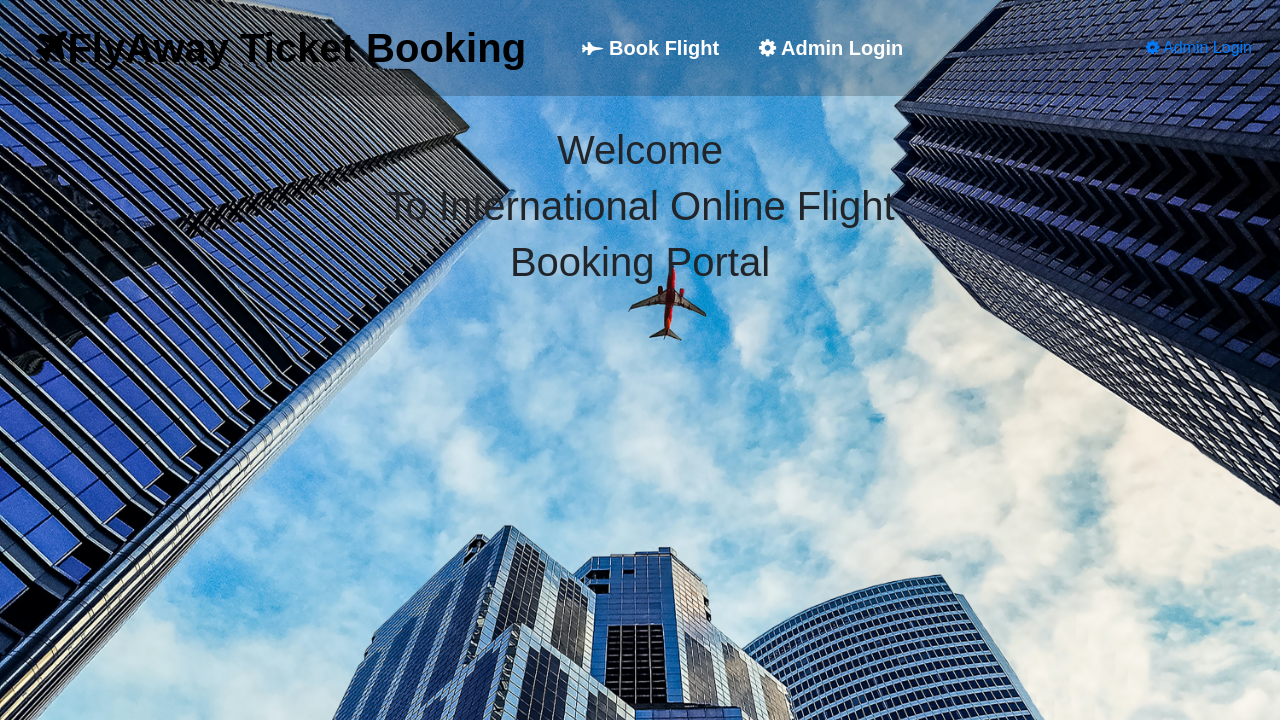
Repository: sayrabano/Phase2-project
Page: http://localhost/FlyAway/Home.jsp
An editor plug-in stored every save of this project. The page is shown before and after the next save, followed by the edit.
The browser window is 1280 px wide. The pictures show the whole page.
Some web fonts or font styles are not loaded; a fallback is used. The page is served by Tomcat 9. Other server files are loaded and not shown.

Above is the page before, as saved 2021-09-25 20:21:11.

### FlyAway/src/main/webapp/Home.jsp
<!doctype html>
<html lang="en">
<head>

<title>Welcome to FlyAway</title>

<link rel="stylesheet" href="https://cdnjs.cloudflare.com/ajax/libs/font-awesome/4.7.0/css/font-awesome.min.css">
<!-- Required meta tags -->
<meta charset="utf-8">
<meta name="viewport"
	content="width=device-width, initial-scale=1, shrink-to-fit=no">

<!-- Bootstrap CSS -->
<link rel="stylesheet"
	href="https://maxcdn.bootstrapcdn.com/bootstrap/4.0.0/css/bootstrap.min.css"
	integrity="sha384-Gn5384xqQ1aoWXA+058RXPxPg6fy4IWvTNh0E263XmFcJlSAwiGgFAW/dAiS6JXm"
	crossorigin="anonymous">
<link rel="stylesheet"
	href="https://cdnjs.cloudflare.com/ajax/libs/font-awesome/4.7.0/css/font-awesome.min.css">
	<link rel="preconnect" href="https://fonts.googleapis.com">
<link rel="preconnect" href="https://fonts.gstatic.com" crossorigin>
<link rel="preconnect" href="https://fonts.googleapis.com">
<link rel="preconnect" href="https://fonts.gstatic.com" crossorigin>
<link href="https://fonts.googleapis.com/css2?family=Ubuntu:ital,wght@1,700&display=swap" rel="stylesheet">
<link rel="stylesheet" href="CSS/style1.css" />


</head>
<body>







	<nav class="navbar navbar-expand-lg navbar-light bg-custom" id="navbar">





		<a class="navbar-brand" id="tag"><i class="fa fa-plane" aria-hidden="true"></i>FlyAway Ticket Booking</a>


		<div class="collapse navbar-collapse" id="navbarSupportedContent">
			<ul class="navbar-nav mr-auto">

				<li class="nav-item"><a class="nav-link" href="option-flightsearch.jsp"><i
						class="fa fa-fighter-jet"></i> Book Flight
				</a></li>
				<li class="nav-item"><a href="Login.jsp" class="nav-link"><i
						class="fa fa-gear"></i> Admin Login</a></li>




			</ul>
			<div id="gear">
				<a href="Login.jsp" class="link"><i class="fa fa-gear"></i>
					Admin Login</a>
			</div>



		</div>

	</nav>






	<script src="https://code.jquery.com/jquery-3.5.1.slim.min.js"
		integrity="sha384-DfXdz2htPH0lsSSs5nCTpuj/zy4C+OGpamoFVy38MVBnE+IbbVYUew+OrCXaRkfj"
		crossorigin="anonymous"></script>
	<script
		src="https://cdn.jsdelivr.net/npm/bootstrap@4.6.0/dist/js/bootstrap.bundle.min.js"
		integrity="sha384-Piv4xVNRyMGpqkS2by6br4gNJ7DXjqk09RmUpJ8jgGtD7zP9yug3goQfGII0yAns"
		crossorigin="anonymous"></script>


	<section class="sec"></section>
	<div class="h1">
	<h1 >Welcome</h1>
	<h1>To International Online Flight  </h1>
	<h1>Booking Portal</h1>

	</div>
</body>
</html>

### FlyAway/src/main/webapp/CSS/style1.css
@charset "ISO-8859-1";
body{
	background:url("../Images/irving-martinez-ScTcKdhInUE-unsplash.jpg");
	background-size:cover;
	padding:0px;
	margin:0px;
}


.fa-fa plane{
	color:white;
}


#navbar{
background-color:rgba(0,0,0,.2) ;
font-family:'Ubuntu', sans-serif;
}


#navbar ul li a{
	color:white;

	font-size:20px;
	font-weight:bold;
	padding:15px 20px;

}
#navbar ul li a:hover{
	color:black;
	background-color:white;
	border-radius:18px;


}


#tag{
	font-size:2.5rem;
 color:black;
 font-weight:bold;


	float:right;
	padding: 10px 20px;

}
#gear{
	margin:2px;
	padding:10px;



}
#gear a:hover{



	background-color:white;


}



.span{
	font-size:5rem;
}




.h1{
	text-align:center;
	font-family:'Ubuntu', sans-serif;


	margin-top:30px;


}

After the next save:
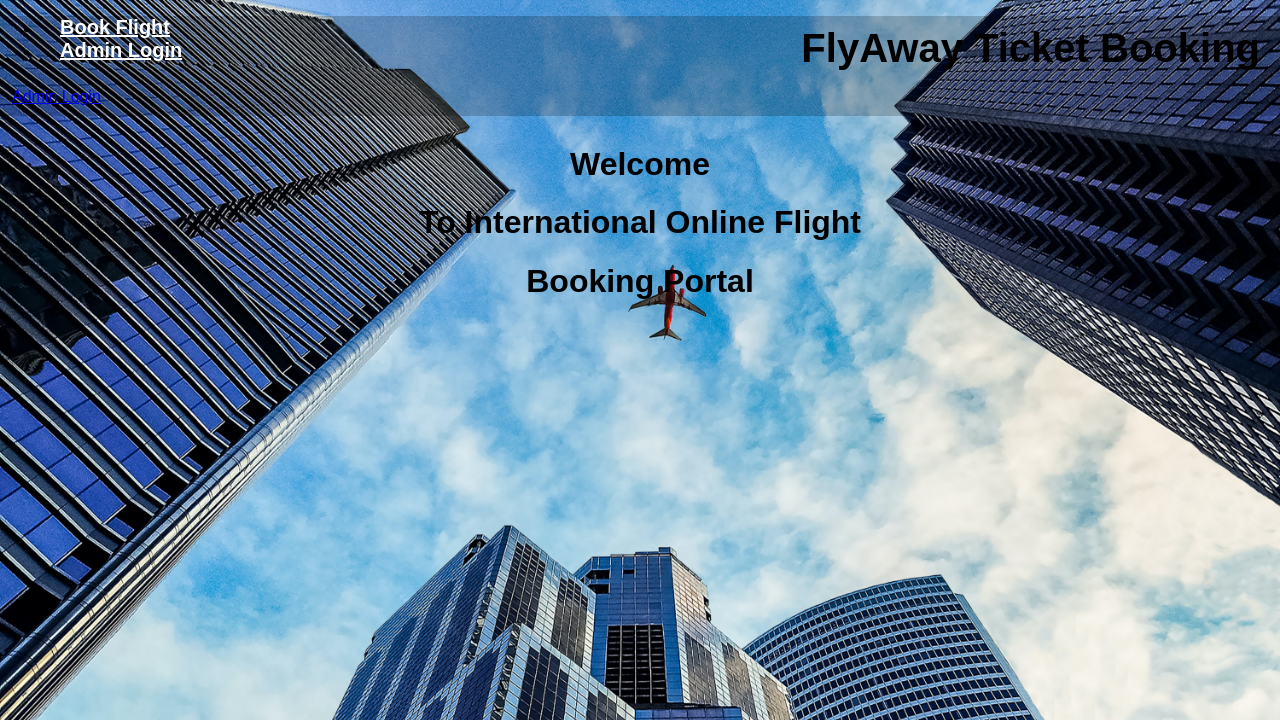
Saved 23 s later.
--- a/FlyAway/src/main/webapp/Home.jsp
+++ b/FlyAway/src/main/webapp/Home.jsp
@@ -4,24 +4,7 @@
 
 <title>Welcome to FlyAway</title>
 
-<link rel="stylesheet" href="https://cdnjs.cloudflare.com/ajax/libs/font-awesome/4.7.0/css/font-awesome.min.css">
-<!-- Required meta tags -->
-<meta charset="utf-8">
-<meta name="viewport"
-	content="width=device-width, initial-scale=1, shrink-to-fit=no">
 
-<!-- Bootstrap CSS -->
-<link rel="stylesheet"
-	href="https://maxcdn.bootstrapcdn.com/bootstrap/4.0.0/css/bootstrap.min.css"
-	integrity="sha384-Gn5384xqQ1aoWXA+058RXPxPg6fy4IWvTNh0E263XmFcJlSAwiGgFAW/dAiS6JXm"
-	crossorigin="anonymous">
-<link rel="stylesheet"
-	href="https://cdnjs.cloudflare.com/ajax/libs/font-awesome/4.7.0/css/font-awesome.min.css">
-	<link rel="preconnect" href="https://fonts.googleapis.com">
-<link rel="preconnect" href="https://fonts.gstatic.com" crossorigin>
-<link rel="preconnect" href="https://fonts.googleapis.com">
-<link rel="preconnect" href="https://fonts.gstatic.com" crossorigin>
-<link href="https://fonts.googleapis.com/css2?family=Ubuntu:ital,wght@1,700&display=swap" rel="stylesheet">
 <link rel="stylesheet" href="CSS/style1.css" />
 
 
